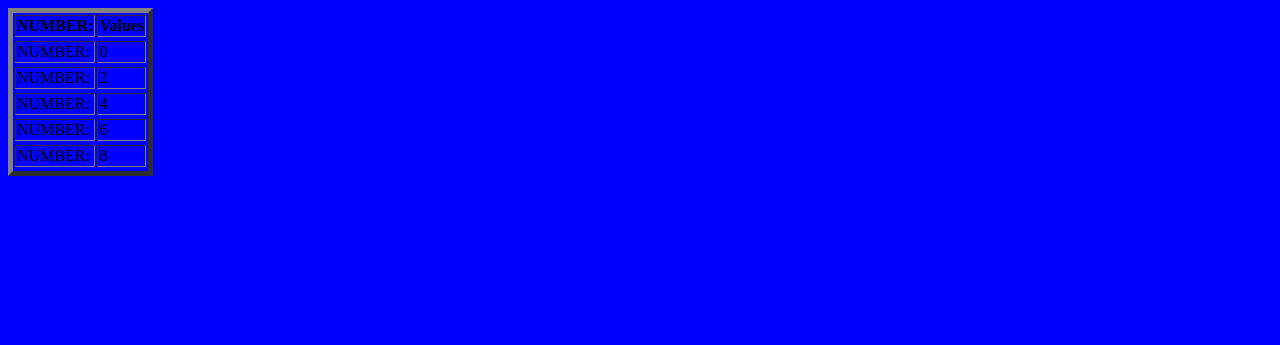
Repository: somakbha/CodeBackUP
Page: http://localhost/HelloJSP/table.jsp
The author's editor kept a copy of each file at every save. The page is drawn from the files as they stood at one save, then again after the next save.
The browser window is 1280 px wide. The pictures show the whole page.
The page is served by Tomcat 9.

Above is the page before, as saved 2019-06-03 16:17:13.

### J2EE-Practice/HelloJSP/WebContent/table.jsp
<%@ page language="java" contentType="text/html; charset=UTF-8"
    pageEncoding="UTF-8"%>
<!DOCTYPE html PUBLIC "-//W3C//DTD HTML 4.01 Transitional//EN" "http://www.w3.org/TR/html4/loose.dtd">
<html>
<head>
<meta http-equiv="Content-Type" content="text/html; charset=UTF-8">
<title>Table JSP</title>
</head>
<body bgcolor="blue">

<!-- Create a table dynamically -->

<table border="5">
<tr><th>NUMBER:</th><th>Values</th><tr>

<%for (int i=0;i<10;i++) {%>

<tr><td>NUMBER:</td><td><%out.println(i++); %></td><tr>
<%} %>
</table>


</body>
</html>

After the next save:
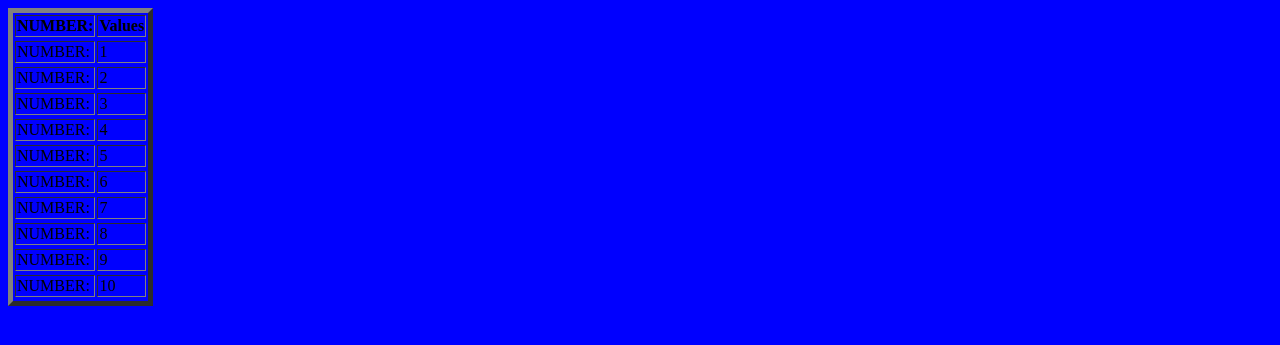
Saved 10 s later.
--- a/J2EE-Practice/HelloJSP/WebContent/table.jsp
+++ b/J2EE-Practice/HelloJSP/WebContent/table.jsp
@@ -15,7 +15,7 @@
 
 <%for (int i=0;i<10;i++) {%>
 
-<tr><td>NUMBER:</td><td><%out.println(i++); %></td><tr>
+<tr><td>NUMBER:</td><td><%out.println(i+1); %></td><tr>
 <%} %>
 </table>
 
